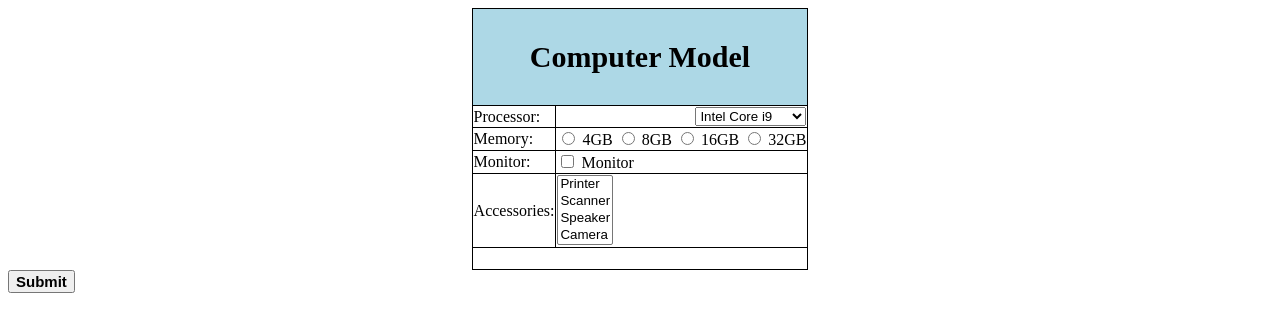
Repository: FatCat0712/JSP
Page: http://localhost/bai_20/computer.jsp
An editor plug-in stored every save of this project. The page is shown before and after the next save, followed by the edit.
The browser window is 1280 px wide. The pictures show the whole page.
The page is served by Tomcat 9.

Above is the page before, as saved 2024-04-22 12:29:10.

After the next save:
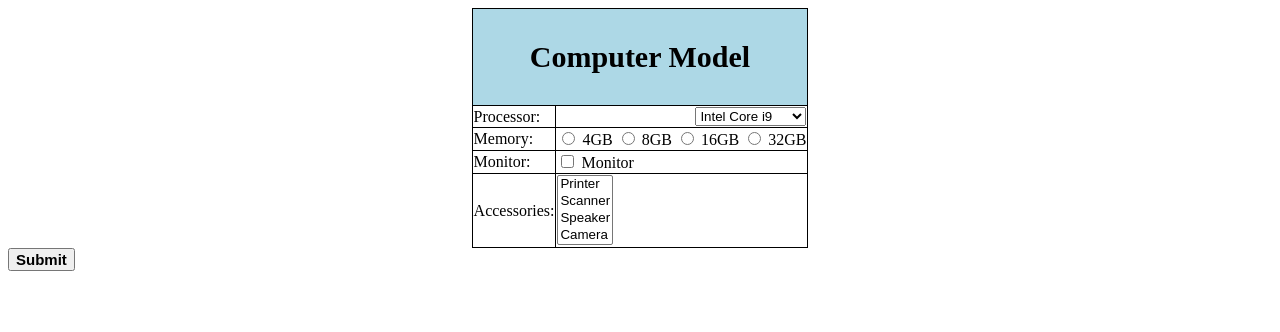
Saved 10 s later.
--- a/bai_20/src/main/webapp/computer.jsp
+++ b/bai_20/src/main/webapp/computer.jsp
@@ -77,15 +77,6 @@
 				</td>
 			</tr>
 
-			<tr >
-				<td colspan="2" style="padding-top: 20px">
-
-				</td>
-
-			</tr>
-
-
-
 		</table>
 		<input type="submit" value="Submit" style="font-weight: bold; font-size: 15px"/>
 	</form>
